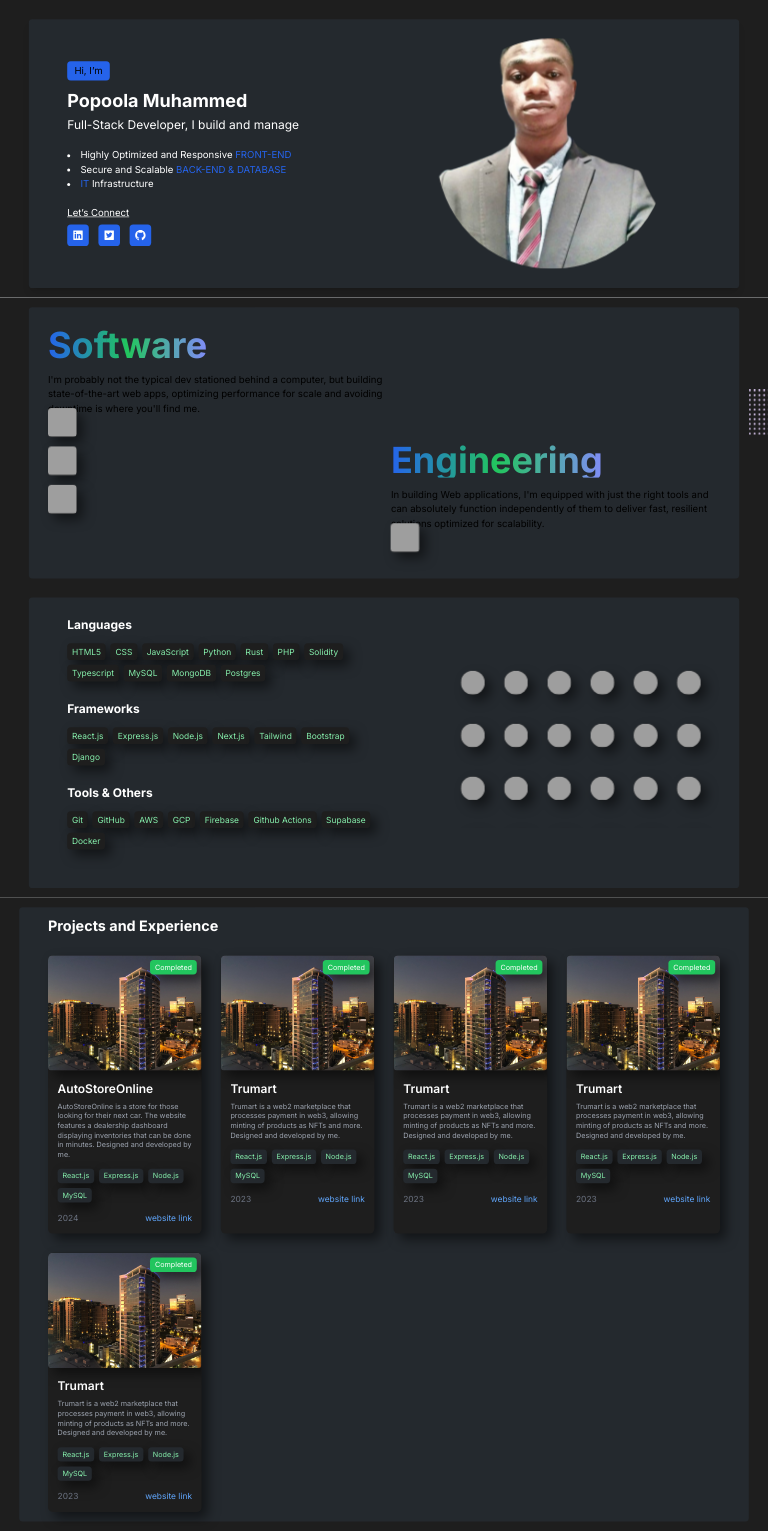
Repository: muhammedctgr/hammedctgr
Page: /
The author's editor kept a copy of each file at every save. The page is drawn from the files as they stood at one save, then again after a run of saves.
The browser window is 1280 px wide. The pictures show the whole page, at 60% of full size.
Pictures or frames that could not be fetched are drawn as grey boxes. The project was rebuilt for these pictures with package versions that can differ from the ones it lists, and the page was loaded fresh each time. The framework's server and built-in components were replaced by stand-ins that run in the browser. Also part of the build but not shown: next.config.mjs.

Above is the page before, as saved 2024-08-08 21:50:18.

After the next 2 saves:
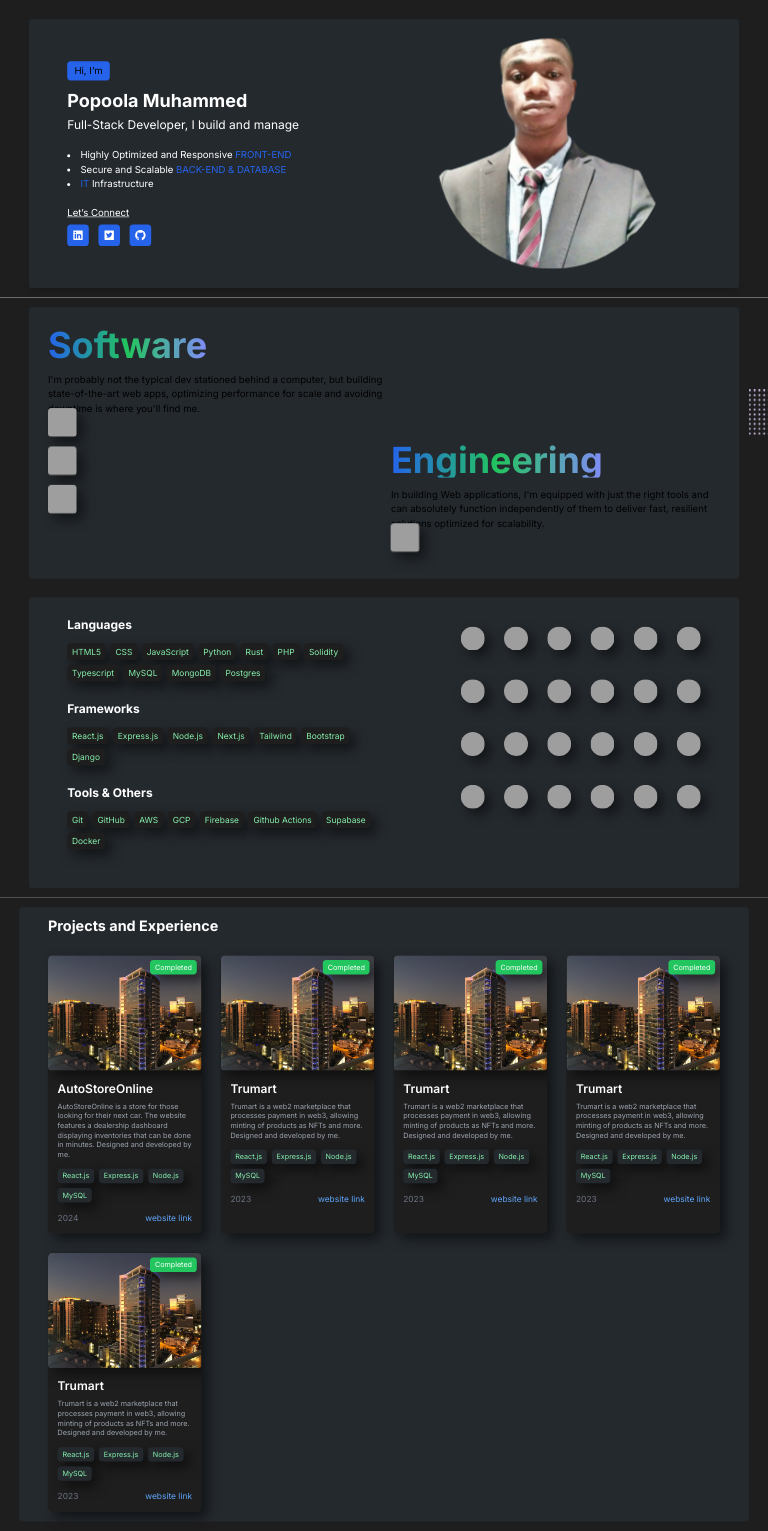
The 2 saves are shown as one change because they came seconds apart.
The last was saved 9 min 33 s later.
--- a/app/globals.css
+++ b/app/globals.css
@@ -46,7 +46,7 @@ body {
   animation: upDown 2s infinite ease-in-out; /* Adjust duration as needed */
 }
 
-@keyframes scroll {
+@keyframes scroll-slow {
   0% {
     transform: translateY(-100%);
   }
@@ -55,9 +55,36 @@ body {
   }
 }
 
-.animate-scroll {
-  animation: scroll 10s linear infinite;
+@keyframes scroll-medium {
+  0% {
+    transform: translateY(-100%);
+  }
+  100% {
+    transform: translateY(100%);
+  }
 }
+
+@keyframes scroll-fast {
+  0% {
+    transform: translateY(-100%);
+  }
+  100% {
+    transform: translateY(100%);
+  }
+}
+
+.animate-scroll-slow {
+  animation: scroll-slow 15s linear infinite;
+}
+
+.animate-scroll-medium {
+  animation: scroll-medium 10s linear infinite;
+}
+
+.animate-scroll-fast {
+  animation: scroll-fast 5s linear infinite;
+}
+
 
 .neumorph {
   border-radius: 5px;
